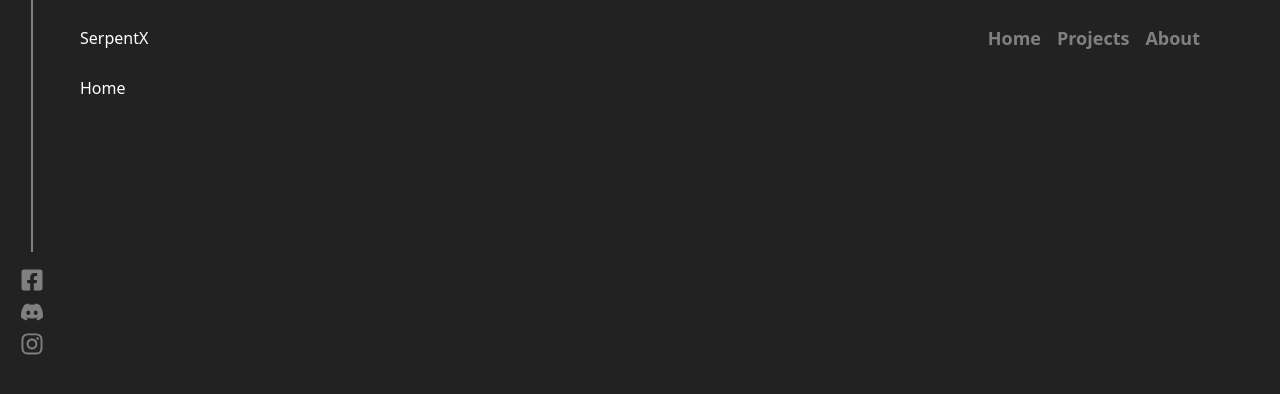
Repository: SERPENTX03/Portfolio-Tutorial
Page: /
An editor plug-in stored every save of this project. The page is shown before and after the next save, followed by the edit.
The browser window is 1280 px wide. The pictures show the whole page.
The project was rebuilt for these pictures with package versions that can differ from the ones it lists, and the page was loaded fresh each time. The framework's server and built-in components were replaced by stand-ins that run in the browser. Also part of the build but not shown: next.config.ts.

Above is the page before, as saved 2025-04-19 19:58:51.

### app/layout.tsx
import type { Metadata } from "next";
import { Geist, Geist_Mono } from "next/font/google";
import "./globals.css";
import SideContact from "@/components/SideContact";
import Navbar from "@/components/nav/Navbar";

const geistSans = Geist({
  variable: "--font-geist-sans",
  subsets: ["latin"],
});

const geistMono = Geist_Mono({
  variable: "--font-geist-mono",
  subsets: ["latin"],
});

export const metadata: Metadata = {
  title: "Create Next App",
  description: "Generated by create next app",
};

export default function RootLayout({
  children,
}: Readonly<{
  children: React.ReactNode;
}>) {
  return (
    <html lang="en">
      <body
        className={`${geistSans.variable} ${geistMono.variable} antialiased`}
      >
        <SideContact />
        <main className="max-w-[1200px] mx-auto px-10 ">
          <Navbar />
          {children}
        </main>
      </body>
    </html>
  );
}

### app/globals.css
@import "tailwindcss";

@theme {
  --color-primary: #1dcd9f;
  --color-background: #222222;
  --color-text: gray;
}

body {
  background-color: var(--color-background);
  color: white;
}

### components/SideContact.tsx
import Link from "next/link";
import { FaFacebookSquare } from "react-icons/fa";
import { FaDiscord } from "react-icons/fa";
import { FaInstagram } from "react-icons/fa";

const SideContact = () => {
  return (
    <div className="fixed top-0 left-0 w-16 flex flex-col ">
      {/* Line */}
      <div className="h-[35vh] relative">
        <div className="h-full border border-text absolute top-0 left-1/2 -translate-x-1/2"></div>
      </div>
      {/* Socials */}
      <div className="text-text mt-4 flex flex-col gap-2 items-center">
        <Link target="_blank" href="https://www.facebook.com/serpentx.dev">
          <FaFacebookSquare size={24} />
        </Link>
        <Link target="_blank" href="https://discord.gg/serpentx">
          <FaDiscord size={24} />
        </Link>
        <Link target="_blank" href="https://www.instagram.com/serpentx.dev">
          <FaInstagram size={24} />
        </Link>
      </div>
    </div>
  );
};
export default SideContact;

### components/nav/Navbar.tsx
import Link from "next/link";

const Navbar = () => {
  return (
    <div className="flex justify-between items-center py-6">
      <h1>SerpentX</h1>
      <ul className="flex gap-4">
        <li className="text-lg font-semibold text-text">
          <Link href="/">Home</Link>
        </li>
        <li className="text-lg font-semibold text-text">
          <Link href="/">Projects</Link>
        </li>
        <li className="text-lg font-semibold text-text">
          <Link href="/">About</Link>
        </li>
      </ul>
    </div>
  );
};
export default Navbar;

Loaded but not shown: app/page.tsx (common file)

After the next save:
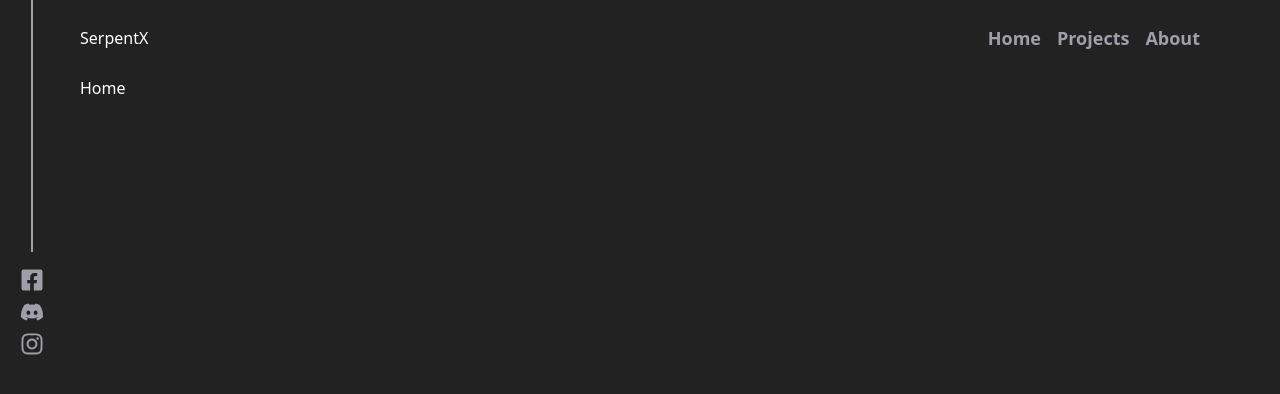
Saved 43 s later.
--- a/app/globals.css
+++ b/app/globals.css
@@ -3,7 +3,7 @@
 @theme {
   --color-primary: #1dcd9f;
   --color-background: #222222;
-  --color-text: gray;
+  --color-text: #9f9fa9;
 }
 
 body {
